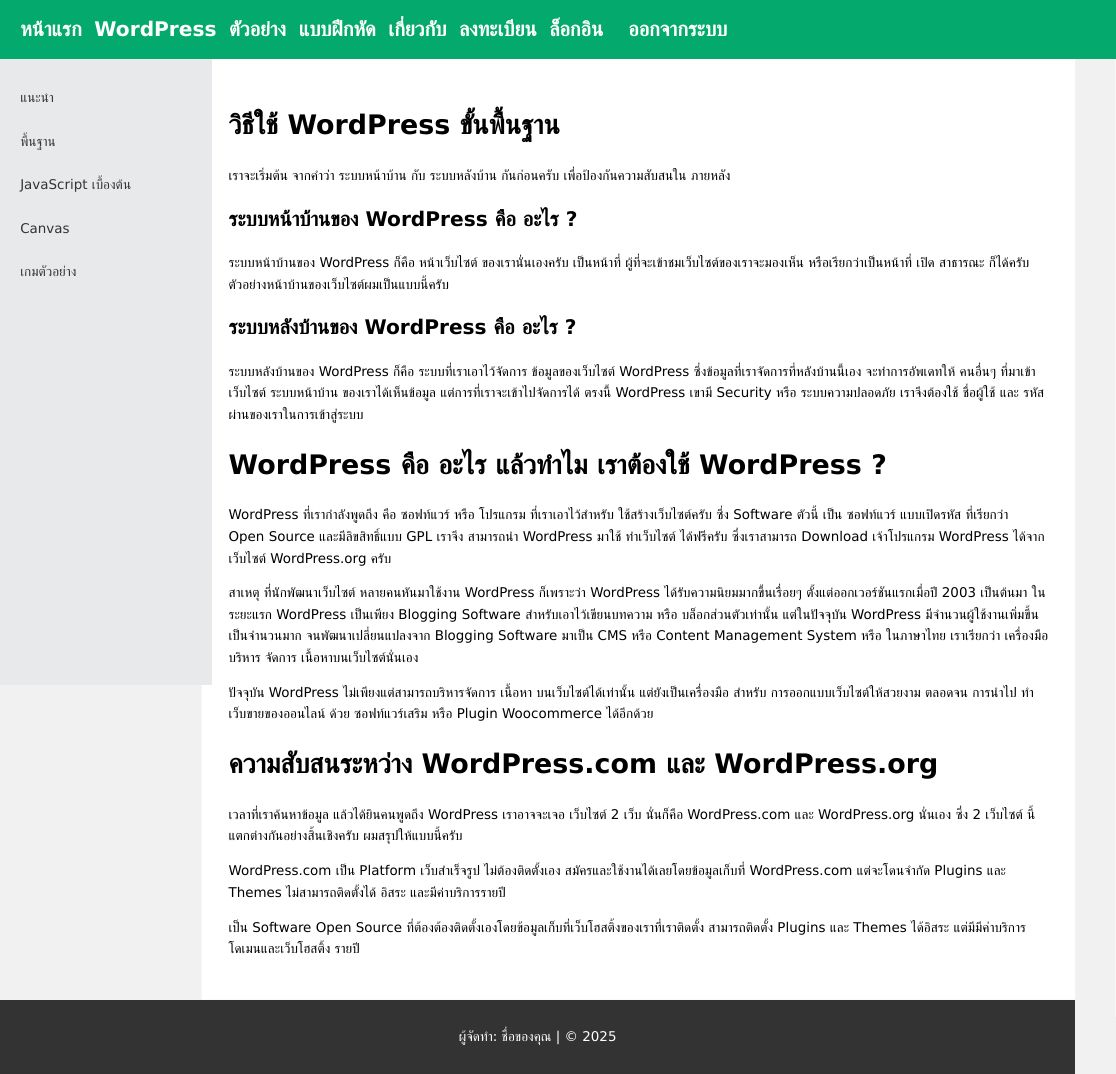
Repository: staggil/thesis
Page: lessons/basic.html
An editor plug-in stored every save of this project. The page is shown before and after the next save, followed by the edit.
The browser window is 1280 px wide. The page is 1328 px wide, so the pictures cover 1328 px, including what lies to the right of the window. The pictures show the whole page, at 84% of full size.
The page's requests for data from a server got no answer.

Above is the page before, as saved 2025-12-16 07:32:35.

After the next save:
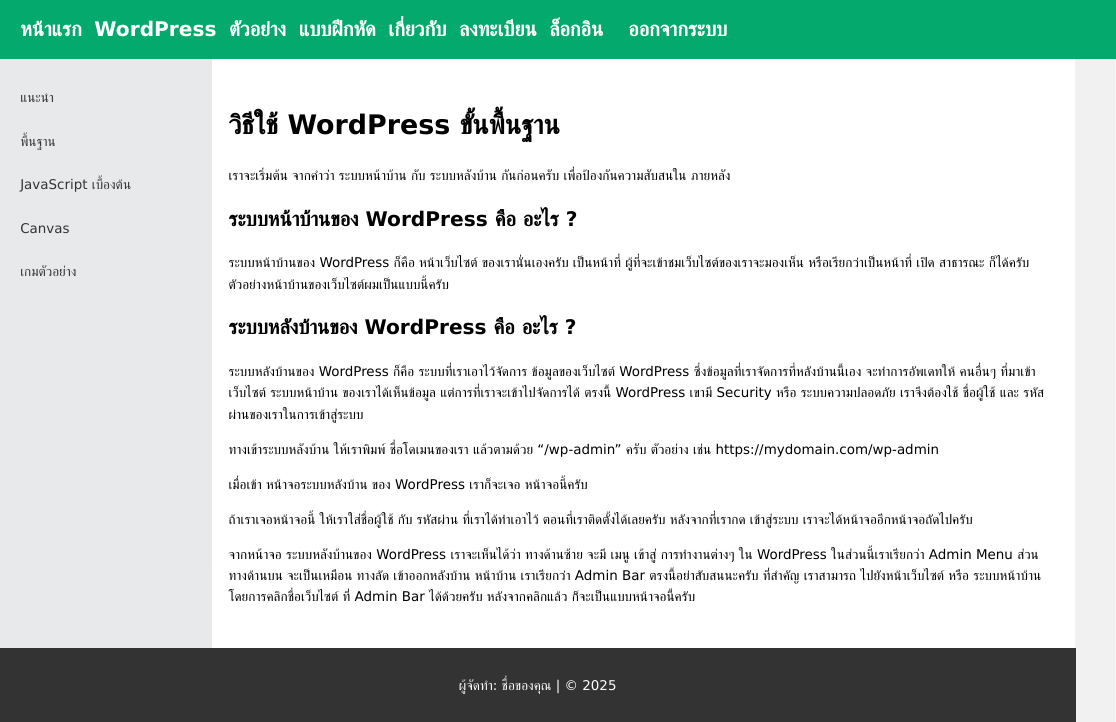
Saved 9 min 30 s later.
--- a/lessons/basic.html
+++ b/lessons/basic.html
@@ -31,29 +31,14 @@
                  จะทำการอัพเดทให้ คนอื่นๆ ที่มาเข้าเว็บไซต์ ระบบหน้าบ้าน ของเราได้เห็นข้อมูล แต่การที่เราจะเข้าไปจัดการได้ ตรงนี้ WordPress
                   เขามี Security หรือ ระบบความปลอดภัย เราจึงต้องใช้ ชื่อผู้ใช้ และ รหัสผ่านของเราในการเข้าสู่ระบบ</p>
 
-            <h1>WordPress คือ อะไร แล้วทำไม เราต้องใช้ WordPress ?</h1>
-            <p>WordPress ที่เรากำลังพูดถึง คือ ซอฟท์แวร์ หรือ โปรแกรม ที่เราเอาไว้สำหรับ ใช้สร้างเว็บไซต์ครับ
-                ซึ่ง Software ตัวนี้ เป็น ซอฟท์แวร์ แบบเปิดรหัส ที่เรียกว่า Open Source และมีลิขสิทธิ์แบบ GPL
-                เราจึง สามารถนำ WordPress มาใช้ ทำเว็บไซต์ ได้ฟรีครับ ซึ่งเราสามารถ Download
-                 เจ้าโปรแกรม WordPress ได้จากเว็บไซต์ WordPress.org ครับ</p>
-            <p>สาเหตุ ที่นักพัฒนาเว็บไซต์ หลายคนหันมาใช้งาน WordPress ก็เพราะว่า WordPress ได้รับความนิยมมากขึ้นเรื่อยๆ
-                ตั้งแต่ออกเวอร์ชันแรกเมื่อปี 2003 เป็นต้นมา ในระยะแรก WordPress เป็นเพียง Blogging Software
-                สำหรับเอาไว้เขียนบทความ หรือ บล็อกส่วนตัวเท่านั้น แต่ในปัจจุบัน WordPress มีจำนวนผู้ใช้งานเพิ่มขึ้นเป็นจำนวนมาก
-                 จนพัฒนาเปลี่ยนแปลงจาก Blogging Software มาเป็น CMS หรือ Content Management System หรือ ในภาษาไทย
-                  เราเรียกว่า เครื่องมือบริหาร จัดการ เนื้อหาบนเว็บไซต์นั่นเอง</p>
-            <p>
-                ปัจจุบัน WordPress ไม่เพียงแต่สามารถบริหารจัดการ เนื้อหา บนเว็บไซต์ได้เท่านั้น แต่ยังเป็นเครื่องมือ สำหรับ การออกแบบเว็บไซต์ให้สวยงาม
-                 ตลอดจน การนำไป ทำเว็บขายของออนไลน์ ด้วย ซอฟท์แวร์เสริม หรือ Plugin Woocommerce ได้อีกด้วย
-            </p>
 
-            <h1>ความสับสนระหว่าง WordPress.com และ WordPress.org</h1>
-            <p>เวลาที่เราค้นหาข้อมูล แล้วได้ยินคนพูดถึง WordPress เราอาจจะเจอ เว็บไซต์ 2 เว็บ นั่นก็คือ WordPress.com และ WordPress.org
-                นั่นเอง ซึ่ง 2 เว็บไซต์ นี้แตกต่างกันอย่างสิ้นเชิงครับ ผมสรุปให้แบบนี้ครับ</p>
-            <p>WordPress.com เป็น Platform เว็บสำเร็จรูป ไม่ต้องติดตั้งเอง สมัครและใช้งานได้เลยโดยข้อมูลเก็บที่ WordPress.com แต่จะโดนจำกัด Plugins และ Themes
-                ไม่สามารถติดตั้งได้ อิสระ และมีค่าบริการรายปี</p>
-            <p>เป็น Software Open Source ที่ต้องต้องติดตั้งเองโดยข้อมูลเก็บที่เว็บโฮสติ้งของเราที่เราติดตั้ง สามารถติดตั้ง Plugins และ Themes ได้อิสระ
-                แต่มีมีค่าบริการโดเมนและเว็บโฮสติ้ง รายปี
-            </p>
+            <p>ทางเข้าระบบหลังบ้าน ให้เราพิมพ์ ชื่อโดเมนของเรา แล้วตามด้วย “/wp-admin” ครับ ตัวอย่าง เช่น https://mydomain.com/wp-admin</p>
+
+            <p>เมื่อเข้า หน้าจอระบบหลังบ้าน ของ WordPress เราก็จะเจอ หน้าจอนี้ครับ</p>
+            <p>ถ้าเราเจอหน้าจอนี้ ให้เราใส่ชื่อผู้ใช้ กับ รหัสผ่าน ที่เราได้ทำเอาไว้ ตอนที่เราติดตั้งได้เลยครับ หลังจากที่เรากด เข้าสู่ระบบ เราจะได้หน้าจออีกหน้าจอถัดไปครับ</p>
+            <p>จากหน้าจอ ระบบหลังบ้านของ WordPress เราจะเห็นได้ว่า ทางด้านซ้าย จะมี เมนู เข้าสู่ การทำงานต่างๆ ใน WordPress ในส่วนนี้เราเรียกว่า Admin Menu ส่วนทางด้านบน
+             จะเป็นเหมือน ทางลัด เข้าออกหลังบ้าน หน้าบ้าน เราเรียกว่า Admin Bar ตรงนี้อย่าสับสนนะครับ ที่สำคัญ เราสามารถ ไปยังหน้าเว็บไซต์ หรือ ระบบหน้าบ้าน โดยการคลิกชื่อเว็บไซต์
+              ที่ Admin Bar ได้ด้วยครับ หลังจากคลิกแล้ว ก็จะเป็นแบบหน้าจอนี้ครับ</p>
 
 
 
